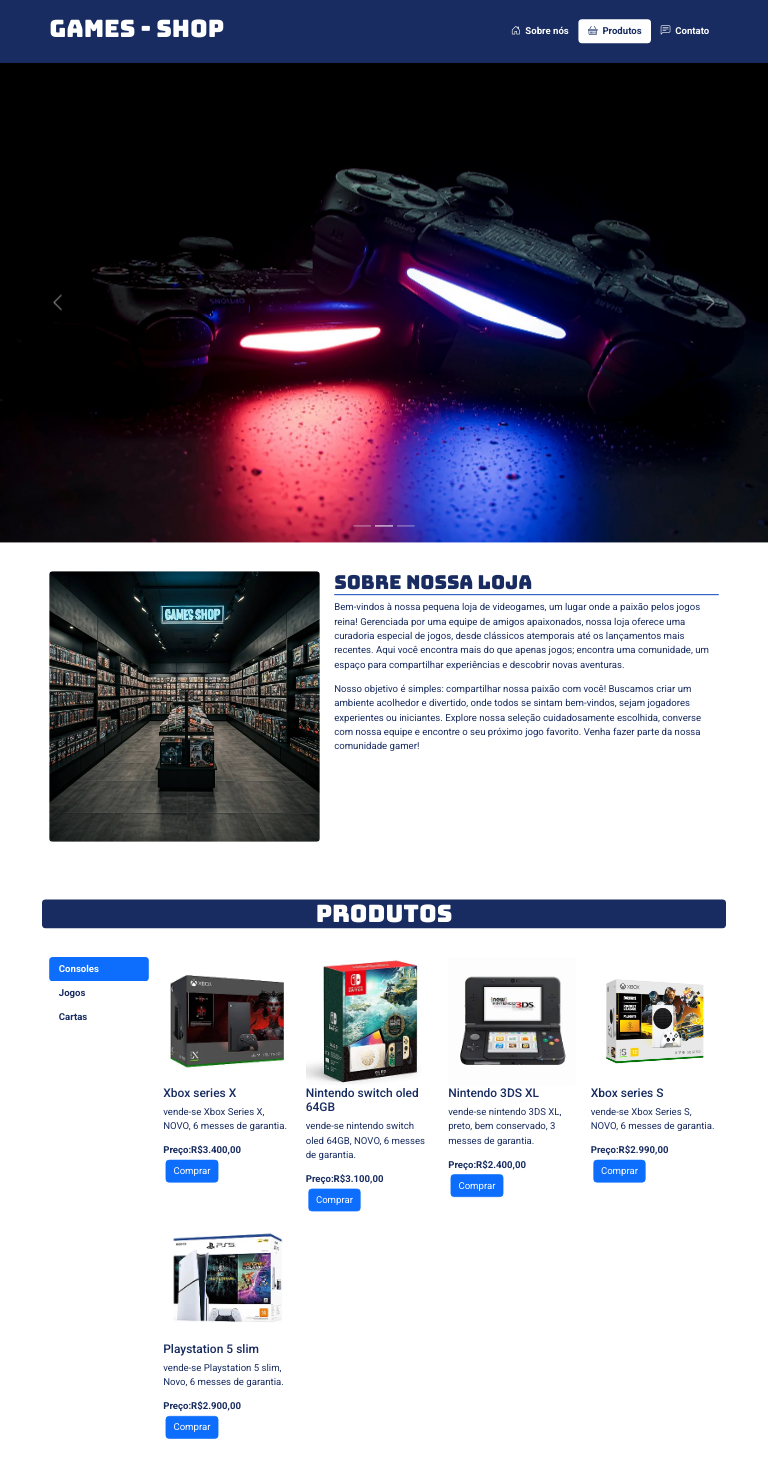
Repository: MatiasBrighent/GamesShop-Bootstrap
Page: index.html
These files come from the project's save history. The page is drawn as it stood at one moment and after the next save; the edit follows.
The browser window is 1280 px wide. The pictures show the whole page, at 60% of full size.

Above is the page before, as saved 2025-06-20 15:54:26.

### index.html
<!DOCTYPE html>
<html lang="en">
<head>
    <meta charset="UTF-8">
    <meta name="viewport" content="width=device-width, initial-scale=1.0">
    <title>Games - Shop</title>
    <link rel="stylesheet" href="https://cdn.jsdelivr.net/npm/bootstrap@5.3.7/dist/css/bootstrap.min.css">
    <link rel="stylesheet" href="https://cdn.jsdelivr.net/npm/bootstrap-icons@1.13.1/font/bootstrap-icons.min.css">
    <link rel="preconnect" href="https://fonts.googleapis.com">
    <link rel="preconnect" href="https://fonts.gstatic.com" crossorigin>
    <link href="https://fonts.googleapis.com/css2?family=Bungee&family=Roboto:ital,wght@0,100..900;1,100..900&display=swap" rel="stylesheet">
    <link rel="stylesheet" href="style.css">
</head>
<body>
    <header class="navbar navbar-expand-lg  sticky-top p-4" id="header">
        <div class="container">
            <h1>Games - Shop</h1>
            <button type="button" class="navbar-toggler" data-bs-toggle="collapse" data-bs-target="#menu-nav">
                <span class="navbar-toggler-icon text-colored"></span>
            </button>
            <nav id="menu-nav" class="navbar-collapse collapse justify-content-end">
                <ul class="nav nav-pills d-block d-md-flex ">
                    <li class="nav-item fw-bold ">
                        <a class="nav-link " href="#sobre">
                            <i class="bi bi-house-door me-1"></i>
                            Sobre nós
                        </a>
                    </li>
                    <li  class="nav-item fw-bold">
                        <a class="nav-link" href="#produtos">
                            <i class="bi bi-basket me-1"></i>
                            Produtos
                        </a>
                    </li>
                    <li  class="nav-item fw-bold">
                        <a class="nav-link" href="#">
                            <i class="bi bi-chat-left-text me-1"></i>
                            Contato
                        </a>
                    </li>
            </nav>
        </div>
    </header>
    <div data-bs-spy="scroll" data-bs-target="header" data-bs-smooth-scrool="true">
        <section id="sobre">
            <div class="carousel slide" data-bs-ride="carousel" id="carousel">
                <div class="carousel-inner">
                    <div class="carousel-item active" data-bs-interval="3000">
                        <img class="w-100 " src="./images/slide/gameplay.jpg" alt="Gameplay de GTA V">
                    </div>
                    <div class="carousel-item active" data-bs-interval="3000">
                        <img class="w-100 " src="./images/slide/teclado+controle.jpg" alt="Teclado e um controle">
                    </div>
                    <div class="carousel-item active" data-bs-interval="3000">
                        <img class="w-100 " src="./images/slide/controles.jpg" alt="Dois controles de PS4">
                    </div>
                </div>
                <button type="button" class="carousel-control-prev" data-bs-target="#carousel" data-bs-slide="prev">
                    <span class="carousel-control-prev-icon"></span>
                </button>
                <button type="button" class="carousel-control-next" data-bs-target="#carousel" data-bs-slide="next">
                    <span class="carousel-control-next-icon"></span>
                </button>
                <div class="carousel-indicators">
                    <button type="button" data-bs-target="#carousel" data-bs-slide-to="0" class="active"></button>
                    <button type="button" data-bs-target="#carousel" data-bs-slide-to="1"></button>
                    <button type="button" data-bs-target="#carousel" data-bs-slide-to="2"></button>
                </div>
            </div>
            <div class="pt-5 pb-5">
                <div class="container">
                    <div class="row">
                        <div class="col-md-5">
                            <img src="images/Games-Shop.jpg" class="d-block w-100 rounded" alt="foto da nossa loja">
                        </div>
                        <div class="col-md-7 ">
                            <h2 class=" title  mt-md-0 text-colored">Sobre nossa loja</h2>
                            <p class="text-colored">
                                Bem-vindos à nossa pequena loja de videogames, um lugar onde a paixão pelos jogos reina! Gerenciada por uma equipe de amigos apaixonados, nossa loja oferece uma curadoria especial de jogos, desde clássicos atemporais até os lançamentos mais recentes. Aqui você encontra mais do que apenas jogos; encontra uma comunidade, um espaço para compartilhar experiências e descobrir novas aventuras.
                            </p>
                            <p class="text-colored">
                                Nosso objetivo é simples: compartilhar nossa paixão com você! Buscamos criar um ambiente acolhedor e divertido, onde todos se sintam bem-vindos, sejam jogadores experientes ou iniciantes. Explore nossa seleção cuidadosamente escolhida, converse com nossa equipe e encontre o seu próximo jogo favorito. Venha fazer parte da nossa comunidade gamer!
                            </p>
                        </div>
                    </div>
                </div>
            </div>
        </section>
        <section id="produtos" class="pt-5 pb-5">
            <div class="container">
                <div class="row">
                    <h1 class="section-title text-center mb-5 rounded">Produtos</h1>
                </div>
                <div class="row">
                    <aside class="col-md-2">
                        <nav class="nav nav-pills flex-column nav-cadarpio">
                            <button type="button" data-bs-toggle="tab" data-bs-target="#consoles" class="fw-bold text-start nav-link text-colored active">Consoles</button>
                            <button type="button" data-bs-toggle="tab" data-bs-target="#jogo" class="fw-bold text-start nav-link text-colored">Jogos</button>
                            <button type="button" data-bs-toggle="tab" data-bs-target="#cartas" class="fw-bold text-start nav-link text-colored">Cartas</button>
                        </nav>
                    </aside>
                    <div class="col-md-10">
                        <div class="tab-content">
                            <div class="tab-pane active" id="consoles">
                                <div class="row">
                                    <div class="col-md-3 text-colored produto">
                                        <img src="./images/produtos/consoles/Series X.webp" alt="Xbox Series X" class="img-fluid rounded">
                                        <h5>Xbox series X</h5>
                                        <p>
                                            vende-se Xbox Series X, NOVO, 6 messes de garantia.
                                        </p>
                                        <strong>Preço:R$3.400,00</strong>
                                        <div class="">
                                            <button type="button" class="btn btn-primary m-1">Comprar</button>
                                        </div>
                                    </div>
                                    <div class="col-md-3 text-colored produto">
                                        <img src="./images/produtos/consoles/switch.webp" alt="Nintendo switch oled 64GB" class="img-fluid rounded">
                                        <h5>Nintendo switch oled 64GB</h5>
                                        <p>
                                            vende-se nintendo switch  oled 64GB, NOVO, 6 messes de garantia.
                                        </p>
                                        <strong>Preço:R$3.100,00</strong>
                                        <div class="">
                                            <button type="button" class="btn btn-primary m-1">Comprar</button>
                                        </div>
                                    </div>
                                    <div class="col-md-3 text-colored produto">
                                        <img src="./images/produtos/consoles/3DS.webp" alt="Nintendo 3DS XL" class="img-fluid rounded">
                                        <h5>Nintendo 3DS XL</h5>
                                        <p>
                                            vende-se nintendo 3DS XL, preto, bem conservado, 3 messes de garantia.
                                        </p>
                                        <strong>Preço:R$2.400,00</strong>
                                        <div class="">
                                            <button type="button" class="btn btn-primary m-1">Comprar</button>
                                        </div>
                                    </div>
                                    <div class="col-md-3 text-colored produto">
                                        <img src="./images/produtos/consoles/Series S.webp" alt="Xbox Series S" class="img-fluid rounded">
                                        <h5>Xbox series S</h5>
                                        <p>
                                            vende-se Xbox Series S, NOVO, 6 messes de garantia.
                                        </p>
                                        <strong>Preço:R$2.990,00</strong>
                                        <div class="">
                                            <button type="button" class="btn btn-primary m-1">Comprar</button>
                                        </div>
                                    </div>
                                    <div class="col-md-3 text-colored produto">
                                        <img src="./images/produtos/consoles/PS5.webp" alt="Playstation 5 slim" class="img-fluid rounded">
                                        <h5>Playstation 5 slim</h5>
                                        <p>
                                            vende-se Playstation 5 slim, Novo, 6 messes de garantia.
                                        </p>
                                        <strong>Preço:R$2.900,00</strong>
                                        <div class="">
                                            <button type="button" class="btn btn-primary m-1">Comprar</button>
                                        </div>
                                    </div>
                                </div>
                            </div>
                            <div class="tab-pane" id="jogo">
                                <div class="row">
                                    <div class="col-md-3 text-colored produto">
                                        <img src="./images/produtos/jogos/SmashBros.webp" alt="Super Smash Bros" class="img-fluid rounded">
                                        <h5>Super Smash Bros</h5>
                                        <p>
                                            jogo para diversão em família ou amigos, idade recomendada 10 anos.
                                        </p>
                                        <strong>Preço:R$349,00</strong>
                                        <div class="">
                                            <button type="button" class="btn btn-primary m-1">Comprar</button>
                                        </div>
                                    </div>
                                    <div class="col-md-3 text-colored produto">
                                        <img src="./images/produtos/jogos/Zelda.webp" alt="the legend of Zelda Link's awakening" class="img-fluid rounded">
                                        <h5>the legend of Zelda Link's awakening</h5>
                                        <p>
                                            jogo tranquilo e relaxante, livre para todos.
                                        </p>
                                        <strong>Preço:R$349,00</strong>
                                        <div class="">
                                            <button type="button" class="btn btn-primary m-1">Comprar</button>
                                        </div>
                                    </div>
                                    <div class="col-md-3 text-colored produto">
                                        <img src="./images/produtos/jogos/pokemonviolet.webp" alt="Pokemon Violet" class="img-fluid rounded">
                                        <h5>Pokemon Violet</h5>
                                        <p>
                                            jogo tranquilo e relaxante, livre para todos.
                                        </p>
                                        <strong>Preço:R$349,00</strong>
                                        <div class="">
                                            <button type="button" class="btn btn-primary m-1">Comprar</button>
                                        </div>
                                    </div>
                                    <div class="col-md-3 text-colored produto">
                                        <img src="./images/produtos/jogos/eldenring.webp" alt="Elden Ring" class="img-fluid rounded">
                                        <h5>Elden Ring</h5>
                                        <p>
                                            Jogo desafiador, para testar sua determinação e saude mental, recomendado para masoquistas.
                                        </p>
                                        <strong>Preço:R$259,00</strong>
                                        <div class="">
                                            <button type="button" class="btn btn-primary m-1">Comprar</button>
                                        </div>
                                    </div>
                                    <div class="col-md-3 text-colored produto ">
                                        <img src="./images/produtos/jogos/Jedi.webp" alt="Star Wars Jedi: fallen order" class="img-fluid rounded">
                                        <h5>Star Wars Jedi: fallen order</h5>
                                        <p>
                                            vende-se Star Wars Jedi: fallen order, temos versõos para playstation e xbox.
                                        </p>
                                        <strong>Preço:R$200,00</strong>
                                        <div class="">
                                            <button type="button" class="btn btn-primary m-1">Comprar</button>
                                        </div>
                                    </div>
                                </div>
                            </div>
                            <div class="tab-pane" id="cartas">
                                <div class="row">
                                    <div class="col-md-3 text-colored produto">
                                        <img src="./images/produtos/cartas/baralho.jpg" alt="baralho" class="img-fluid rounded">
                                        <h5>Baralho de cartas</h5>
                                        <p>
                                            Um baralho de cartas tradicional, para diversão em família ou amigos, idade recomendada 10 anos.
                                        </p>
                                        <strong>Preço:R$20,00</strong>
                                        <div class="">
                                            <button type="button" class="btn btn-primary m-1">Comprar</button>
                                        </div>
                                    </div>
                                    <div class="col-md-3 text-colored produto">
                                        <img src="./images/produtos/cartas/uno.jpg" alt="baralho de uno" class="img-fluid rounded">
                                        <h5>baralho de uno</h5>
                                        <p>
                                            Um baralho de uno, para diversão em família ou amigos, idade recomendada 10 anos.
                                        </p>
                                        <strong>Preço:R$34,00</strong>
                                        <div class="">
                                            <button type="button" class="btn btn-primary m-1">Comprar</button>
                                        </div>
                                    </div>
                                    <div class="col-md-3 text-colored produto">
                                        <img src="./images/produtos/cartas/pokemon.tcg.jpg" alt="Pokemon tcg " class="img-fluid rounded">
                                        <h5>Pacote de cartas de Pokemon</h5>
                                        <p>
                                            Pacote de cartas de Pokemon, para diversão em família ou amigos, idade recomendada 10 anos.
                                        </p>
                                        <strong>Preço:R$349,00</strong>
                                        <div class="">
                                            <button type="button" class="btn btn-primary m-1">Comprar</button>
                                        </div>
                                    </div>
                                    <div class="col-md-3 text-colored produto">
                                        <img src="./images/produtos/cartas/onepiece.tcg.jpg" alt="Pacote de cartas one piece" class="img-fluid rounded">
                                        <h5>Pacote de cartas One Piece</h5>
                                        <p>
                                            Pacote de cartas One Piece, para diversão em família ou amigos, idade recomendada 10 anos.
                                        </p>
                                        <strong>Preço:R$110,99</strong>
                                        <div class="">
                                            <button type="button" class="btn btn-primary m-1">Comprar</button>
                                        </div>
                                    </div>
                                </div>
                            </div>
                        </div>
                    </div>
                </div>
            </div>
        </section>

    </div>

    <script src="https://cdn.jsdelivr.net/npm/bootstrap@5.3.7/dist/js/bootstrap.bundle.min.js"></script>
</body>
</html>

### style.css
body{
    font-family: Roboto, sans-serif;
}

header h1{
    font-family: Bungee;
    color: #fff;
}

.section-title{
    font-family: Bungee;
    color: #fff;
    background-color: #182c61;
}

.title{
    font-family: Bungee;
    color: #182c61;
    border-bottom: 2px solid #3564ca;
}

.text-colored{
    color: #182c61;
}


#header{
    background-color: #182c61;
}

#header .nav .nav-link.active{
    background-color: #fff;
    color: #182c61;
}

#header .nav .nav-link,
#header h1{
    color: #fff;
}

.navbar-toggler{
    background-color: #fff;
}

.carousel-item img{
    height: 800px;
}

.produto:hover{
    box-shadow: 0 0 10px rgba(81, 128, 228, 0.2);
    border: 1px solid #3564ca;
    border-radius: 4px;
}

After the next save:
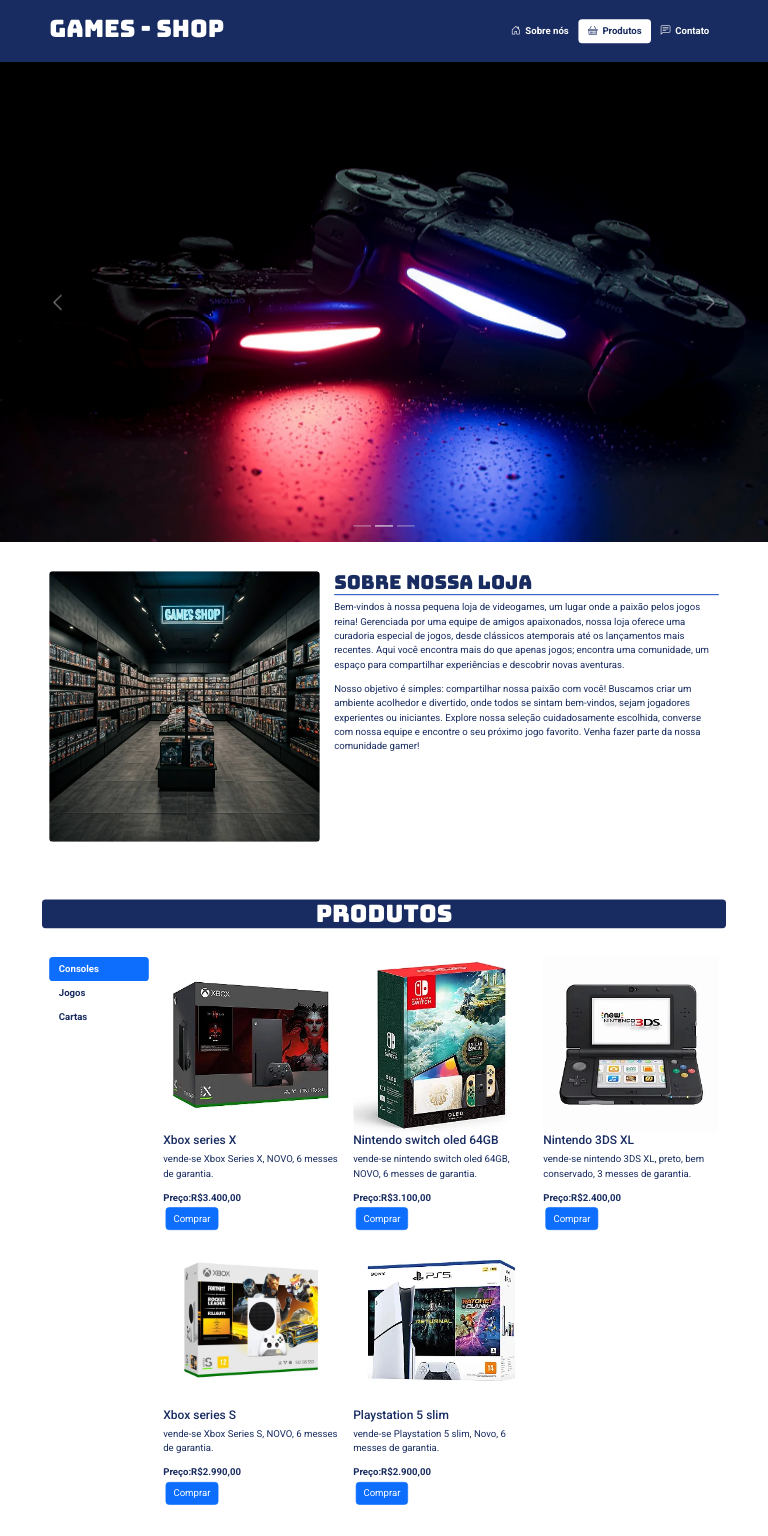
Saved 4 min 38 s later.
--- a/index.html
+++ b/index.html
@@ -103,7 +103,7 @@
                         <div class="tab-content">
                             <div class="tab-pane active" id="consoles">
                                 <div class="row">
-                                    <div class="col-md-3 text-colored produto">
+                                    <div class="col-md-4 text-colored produto">
                                         <img src="./images/produtos/consoles/Series X.webp" alt="Xbox Series X" class="img-fluid rounded">
                                         <h5>Xbox series X</h5>
                                         <p>
@@ -114,7 +114,7 @@
                                             <button type="button" class="btn btn-primary m-1">Comprar</button>
                                         </div>
                                     </div>
-                                    <div class="col-md-3 text-colored produto">
+                                    <div class="col-md-4 text-colored produto">
                                         <img src="./images/produtos/consoles/switch.webp" alt="Nintendo switch oled 64GB" class="img-fluid rounded">
                                         <h5>Nintendo switch oled 64GB</h5>
                                         <p>
@@ -125,7 +125,7 @@
                                             <button type="button" class="btn btn-primary m-1">Comprar</button>
                                         </div>
                                     </div>
-                                    <div class="col-md-3 text-colored produto">
+                                    <div class="col-md-4 text-colored produto">
                                         <img src="./images/produtos/consoles/3DS.webp" alt="Nintendo 3DS XL" class="img-fluid rounded">
                                         <h5>Nintendo 3DS XL</h5>
                                         <p>
@@ -136,7 +136,7 @@
                                             <button type="button" class="btn btn-primary m-1">Comprar</button>
                                         </div>
                                     </div>
-                                    <div class="col-md-3 text-colored produto">
+                                    <div class="col-md-4 text-colored produto">
                                         <img src="./images/produtos/consoles/Series S.webp" alt="Xbox Series S" class="img-fluid rounded">
                                         <h5>Xbox series S</h5>
                                         <p>
@@ -147,7 +147,7 @@
                                             <button type="button" class="btn btn-primary m-1">Comprar</button>
                                         </div>
                                     </div>
-                                    <div class="col-md-3 text-colored produto">
+                                    <div class="col-md-4 text-colored produto">
                                         <img src="./images/produtos/consoles/PS5.webp" alt="Playstation 5 slim" class="img-fluid rounded">
                                         <h5>Playstation 5 slim</h5>
                                         <p>
